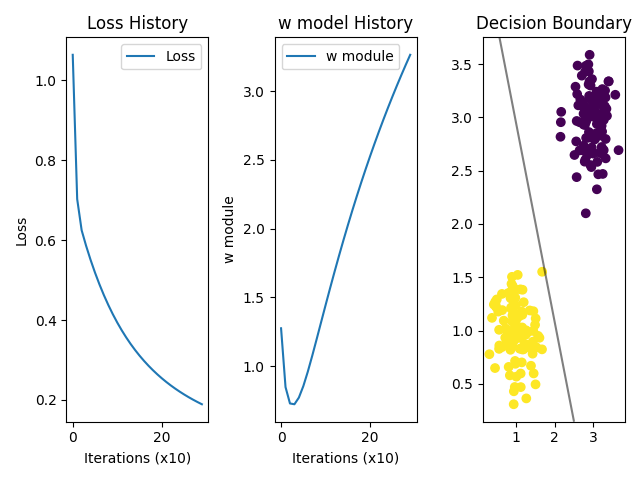
Repository: htlou/MLlab
Script's output: python Lab-logistic/logistic.py
These files come from the project's save history. The script's output is drawn as it stood at one moment and after the next save; the edit follows.
Animations are shown at an early frame. Random numbers start from a fixed seed.

Above is the script's output before, as saved 2023-12-30 14:37:37.

After the next save:
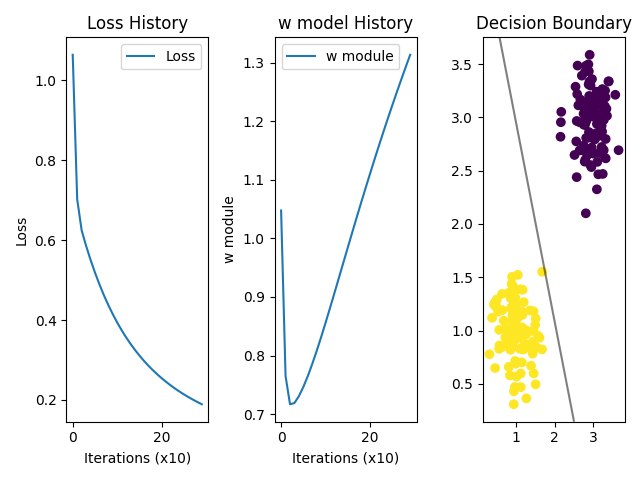
Saved 5 min 9 s later.
--- a/Lab-logistic/logistic.py
+++ b/Lab-logistic/logistic.py
@@ -157,7 +157,7 @@ class LogisticRegression():
 
                 loss_history.append(loss)
 
-                w_module_history.append(np.linalg.norm(self.w))
+                w_module_history.append(np.linalg.norm(self.w[:-1]))
                 print("iter: {}, loss: {}, w_module: {}".format(i, loss, w_module_history[-1]))
                 plot_progress(i, loss_history,w_module_history, x, y, self.w)
 
